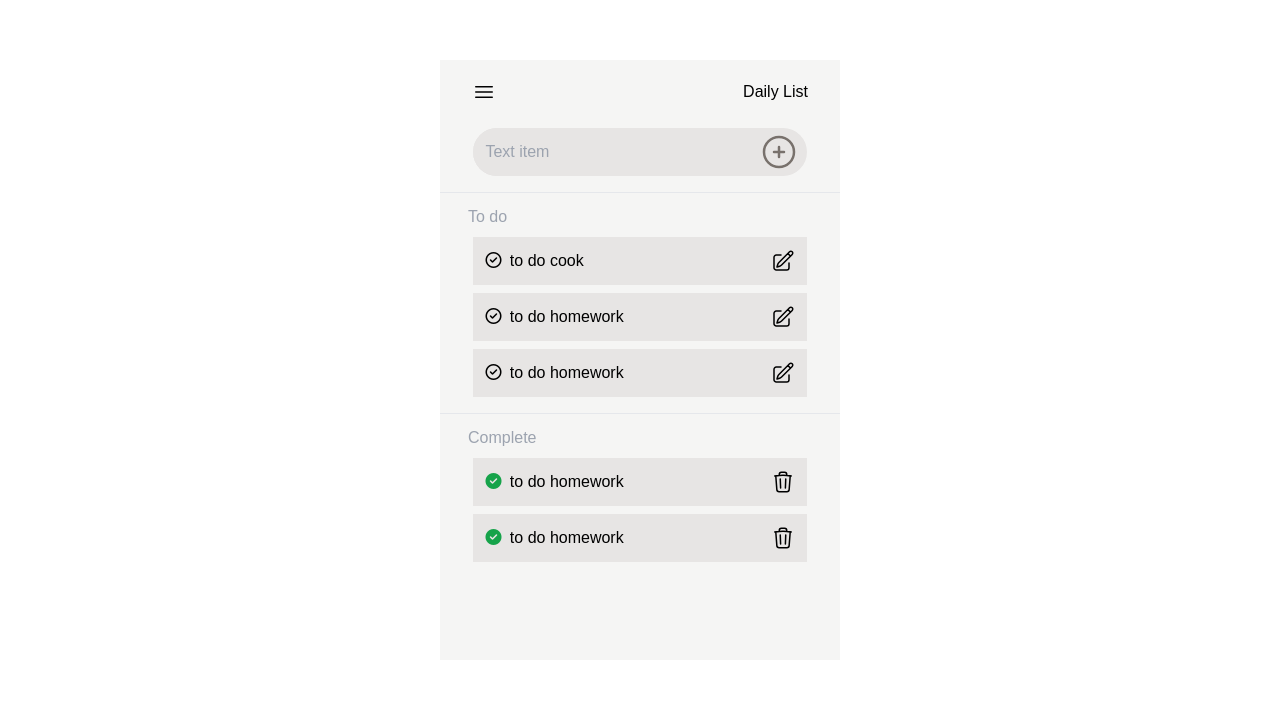
Repository: hsumyatm7308/TodolistbyPHP
Page: http://localhost/
The author's editor kept a copy of each file at every save. The page is drawn from the files as they stood at one save, then again after the next save.
The browser window is 1280 px wide. The pictures show the whole page.
Some web libraries are served in a nearby version. The page is run by PHP 8.4 with error messages shown; the project is at /var/www/html/.

Above is the page before, as saved 2023-07-09 16:47:07.

After the next save:
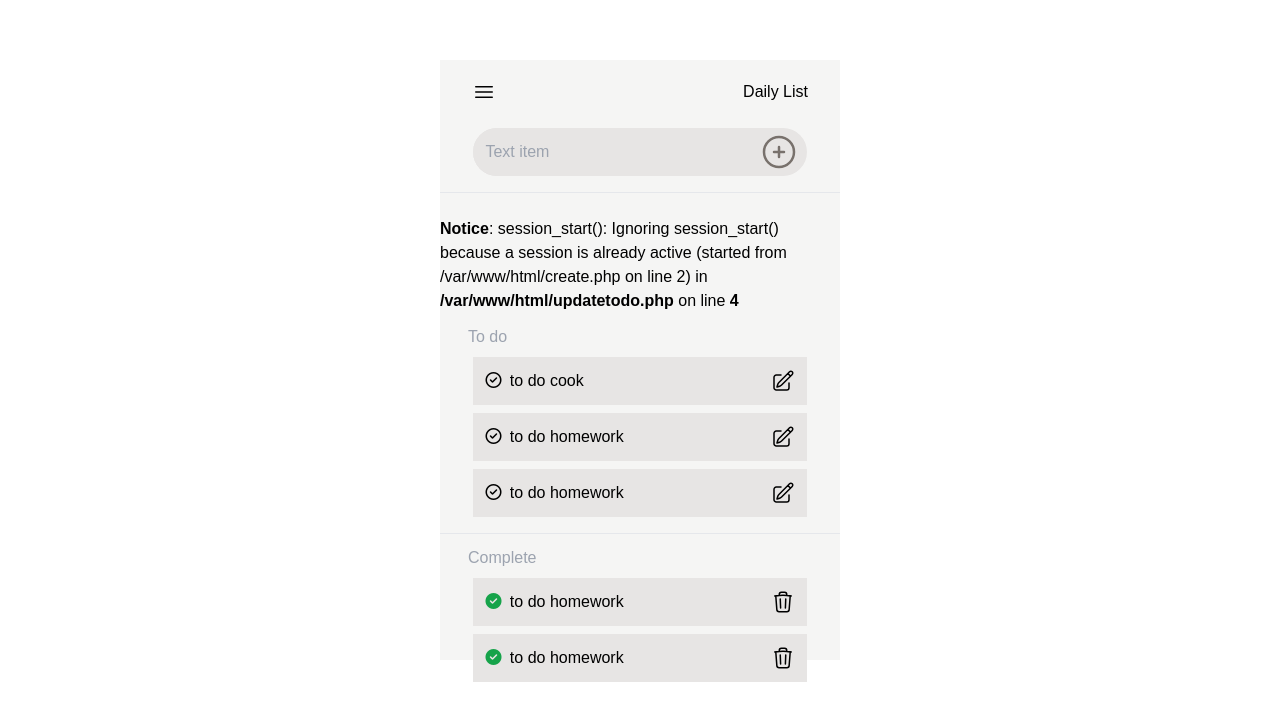
Saved 3 min 22 s later.
--- a/updatetodo.php
+++ b/updatetodo.php
@@ -1,7 +1,8 @@
 
 <?php
 
-
+session_start();
+ini_set('display_errors', 1);
 
 
 ?>
